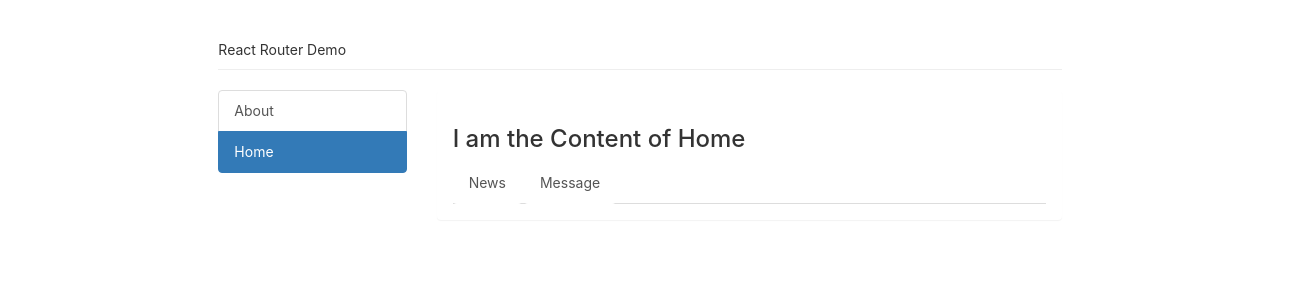
Repository: wenxi0504/Pubsub220113
Page: /home/message/message (app in githubsearch/)
These files come from the project's save history. The page is drawn as it stood at one moment and after the next save; the edit follows.
The browser window is 1280 px wide. The page is 1295 px wide, so the pictures cover 1295 px, including what lies to the right of the window. The pictures show the whole page.
The project was rebuilt for these pictures with package versions that can differ from the ones it lists, and the page was loaded fresh each time. Also part of the build but not shown: githubsearch/src/pages/Home/Message/index.jsx, githubsearch/src/pages/About/index.js. Imported but missing from the stored project, and not drawn on this page: githubsearch/src/pages/Home/News/index.

Above is the page before, as saved 2022-01-17 21:27:16.

### githubsearch/public/index.html
<!DOCTYPE html>
<html lang="en">
  <head>
    <meta charset="utf-8" />
    <title>react staging</title>
    <link rel="icon" href="%PUBLIC_URL%/favicon.ico" />
    <link rel="stylesheet" href="./css/bootstrap.css" />
    <style>
      .atguigu {
        background-color: orange !important;
        color: white !important

      }
    </style>
  </head>
  <body>
    <noscript>You need to enable JavaScript to run this app.</noscript>
    <div id="root"></div>
  </body>
</html>

### githubsearch/src/index.js
import React from 'react';
import ReactDOM from 'react-dom';
import {BrowserRouter}from'react-router-dom';
import './index.css';
import App from './App';
import reportWebVitals from './reportWebVitals';

ReactDOM.render(
  <React.StrictMode>
    <BrowserRouter>
    <App />
    </BrowserRouter>

  </React.StrictMode>,
  document.getElementById('root')
);

// If you want to start measuring performance in your app, pass a function
// to log results (for example: reportWebVitals(console.log))
// or send to an analytics endpoint. Learn more: https://bit.ly/CRA-vitals
reportWebVitals();

### githubsearch/src/App.js
import React, { Component } from "react"
import{Route,Routes}from'react-router-dom'
import Home from './pages/Home'
import About from './pages/About'
import Header from './components/Header'
import MyNavLink from './components/MyNavLink'
export default class App extends Component {
  render() {
    return (
      <div>
        <div className="row">
          <div className="col-xs-offset-2 col-xs-8">
            <div className= "page-header">
              <Header a={1}/>
            </div>
          </div>
        </div>
        <div className="row">
          <div className="col-xs-2 col-xs-offset-2">
            <div className="list-group">
              {/* <a className="list-group-item" href="./about.html">
                About
              </a>
              <a className="list-group-item active" href="./home.html">
                Home
              </a> */}
              {/* using route to shift different components---write a route link */}
              <MyNavLink to="/about">About</MyNavLink>
              <MyNavLink to="/home">Home</MyNavLink>

            </div>
          </div>
          <div className="col-xs-6">
            <div className="panel">
              <div className="panel-body">
                {/* Register route */}
          <Routes>
                <Route path="/about" element={<About/>}/>
                <Route path="/home/*" element={<Home/>}/>
                </Routes>
              </div>
            </div>
          </div>
        </div>
      </div>
    );
  }
}

### githubsearch/src/pages/Home/index.js
import React, { Component } from "react";
import{Route,Routes,Navigate} from 'react-router-dom';
import News from "./News/index";
import Message from "./Message/index";
import MyNavLink from '../../components/MyNavLink/index'

export default class Home extends Component {
  render() {
    return (
      <div>
        <h3>I am the Content of Home</h3>
        <div>
          <ul className="nav nav-tabs">
            <li>
              <MyNavLink to ="home/news">News</MyNavLink>
            </li>
            <li>
            <MyNavLink to ="home/message">Message</MyNavLink>
            </li>
          </ul>
         {/* register route */}
         <Routes>
         <Route path="news" element={<News/>}/>
         <Route path="message" element={<Message/>}/>
         </Routes>

        </div>
      </div>
    );
  }
}

### githubsearch/src/components/Header/index.js
import React, { Component } from 'react'

export default class Header extends Component {
    render() {
        console.log('The props that Header component receive is? ',this.props)
        return (
            <div>
                React Router Demo
            </div>
        )
    }
}

### githubsearch/src/components/MyNavLink/index.js
import React, { Component } from 'react'
import {NavLink} from 'react-router-dom'

export default class MyNavLink extends Component {
    render() {
        //way 1
        // const{to,title}=this.props
        // return (
        //     <NavLink  activeClassName="atguigu"className="list-group-item" to={to}>{title}</NavLink>
        // )
        //way 2
        // const{title}=this.props
        // return (
        //     <NavLink  activeClassName="atguigu"className="list-group-item" {...this.props}>{title}</NavLink>
        // )
        //way3 tag body is also a special props
        const{title}=this.props
        return (
            <NavLink  activeClassName="atguigu"className="list-group-item" {...this.props} />
        )

    }
}

Loaded but not shown: githubsearch/src/index.css (common file); githubsearch/src/reportWebVitals.js (common file); githubsearch/public/css/bootstrap.css (library)

After the next save:
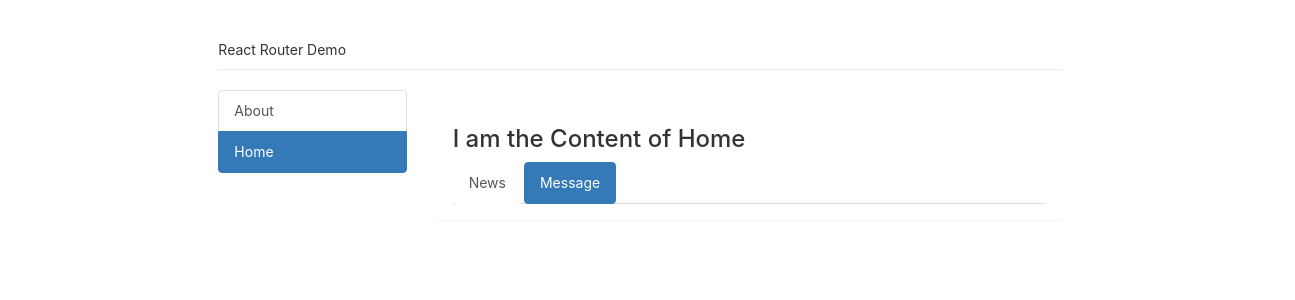
Saved 2 min 37 s later.
--- a/githubsearch/src/pages/Home/index.js
+++ b/githubsearch/src/pages/Home/index.js
@@ -12,10 +12,10 @@ export default class Home extends Component {
         <div>
           <ul className="nav nav-tabs">
             <li>
-              <MyNavLink to ="home/news">News</MyNavLink>
+              <MyNavLink to ="/home/news">News</MyNavLink>
             </li>
             <li>
-            <MyNavLink to ="home/message">Message</MyNavLink>
+            <MyNavLink to ="/home/message">Message</MyNavLink>
             </li>
           </ul>
          {/* register route */}
